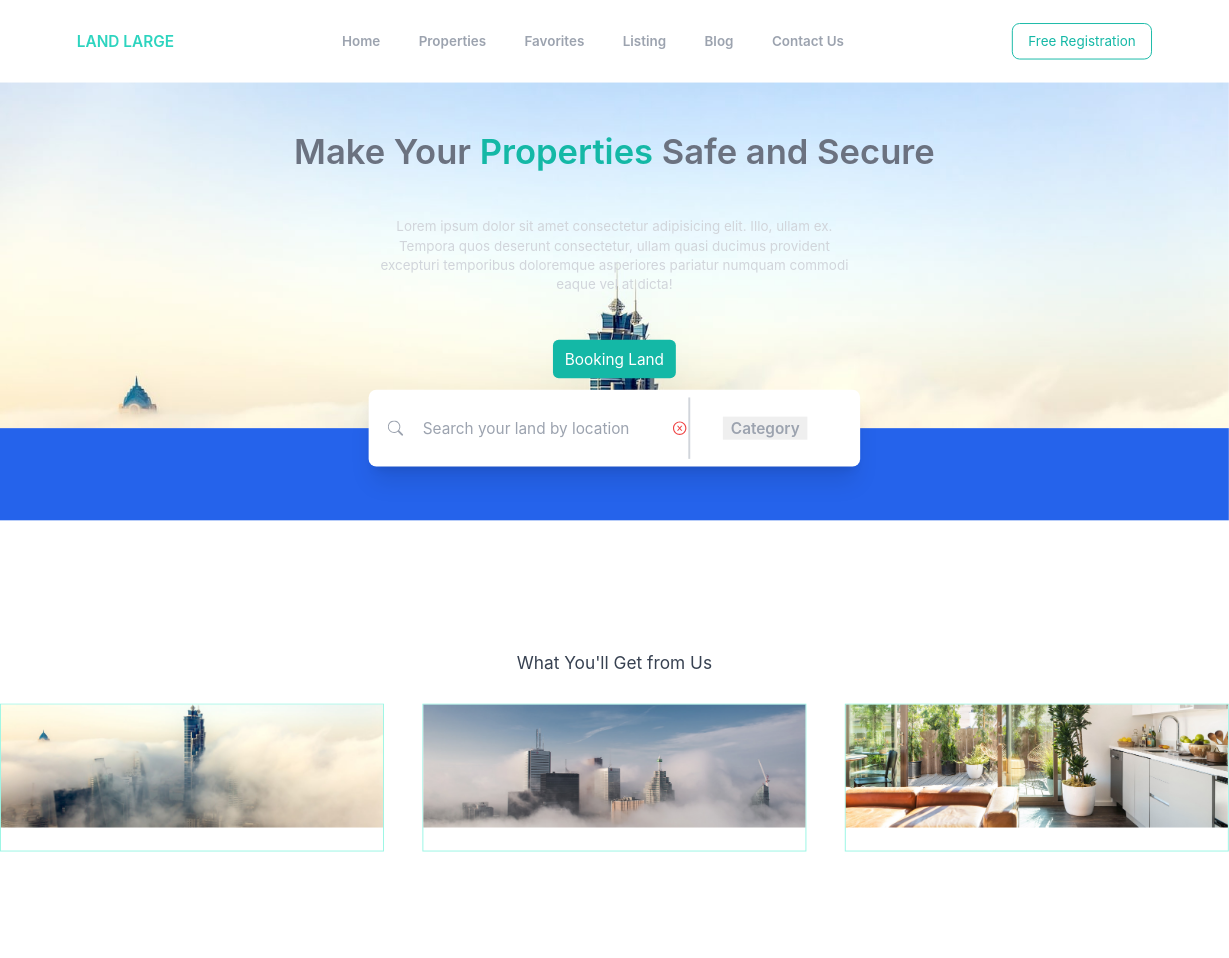
Repository: MuniruIssah/realestate
Page: /
These files come from the project's save history. The page is drawn as it stood at one moment and after the next save; the edit follows.
The browser window is 1280 px wide. The pictures show the whole page, at 96% of full size.
The project was rebuilt for these pictures with package versions that can differ from the ones it lists, and the page was loaded fresh each time. Also part of the build but not shown: src/App.css.

Above is the page before, as saved 2022-02-19 23:18:08.

### src/App.js
import logo from "./logo.svg";
import "./App.css";
import Header from "./components/Header";
import Jumbotron from "./components/Jumbotron";
import Search from "./components/Search";
import Services from "./components/Services";

function App() {
  return (
    <div className="h-screen">
      <Header />
      <Jumbotron />
      <Search />
      <Services />
    </div>
  );
}

export default App;

### src/components/Header.js
import React from "react";
const links = [
  "Home",
  "Properties",
  "Favorites",
  "Listing",
  "Blog",
  "Contact Us",
];
const Header = () => {
  return (
    <div className="flex justify-between items-center px-3 lg:px-20 py-6">
      <span className="uppercase text-teal-400  font-semibold">land large</span>
      <div className="hidden lg:flex space-x-10 items-center">
        {links.map((link, index) => (
          <LinkItem key={index} name={link} />
        ))}
      </div>
      <button className="text-teal-500 border border-teal-500 rounded rounded-lg py-2 px-4 text-sm">
          Free Registration
      </button>
    </div>
  );
};

export default Header;

const LinkItem = ({ name }) => {
  return (
    <a href="#" className="text-gray-400 hover:text-teal-500 font-semibold text-sm">
      {name}
    </a>
  );
};

### src/components/Jumbotron.js
import React from "react";
import building from "../assets/building_cloud.jpg";
const Jumbotron = () => {
  return (
    <div
      style={{ backgroundImage: `url(${building})` }}
      className="h-3/6 flex flex-col justify-center items-center space-y-12 w-full  bg-no-repeat bg-cover"
    >
      <span className="lg:text-4xl text-gray-500 text-center font-semibold">
        Make Your <span className="text-teal-500">Properties</span> Safe and
        Secure
      </span>
      <p className="text-gray-300 text-sm text-center max-w-lg">
        Lorem ipsum dolor sit amet consectetur adipisicing elit. Illo, ullam ex.
        Tempora quos deserunt consectetur, ullam quasi ducimus provident
        excepturi temporibus doloremque asperiores pariatur numquam commodi
        eaque vel at dicta!
      </p>
      <button className="text-white bg-teal-500 py-2 px-3 rounded rounded-md">
          Booking Land
      </button>
    </div>
  );
};

export default Jumbotron;

### src/components/Search.js
import React from "react";
import { BsSearch } from "react-icons/bs";
import { AiOutlineCloseCircle } from "react-icons/ai";
const Search = () => {
  return (
    <div className="hidden lg:block  h-24 relative w-full bg-blue-600 mb-6">
      <div className="absolute h-20 w-full  -top-10">
        <div className="flex shadow shadow-xl h-full w-2/5 rounded rounded-lg bg-white mx-auto px-5 py-2">
          <div className="basis-2/3 flex items-center justify-center border-r-2 border-gray-300 space-x-5 ">
            <BsSearch className="text-gray-400" />
            <input
              type="text"
              className="w-60 outline-none text-gray-400"
              placeholder="Search your land by location"
            />
            <AiOutlineCloseCircle className="text-red-500" />
          </div>
          <div className="flex justify-center items-center basis-1/3">
            <select
              name="category"
              className="text-gray-400 outline-none px-2 font-semibold appearance-none"
              id=""
            >
              <option>Category</option>
            </select>
          </div>
        </div>
      </div>
    </div>
  );
};

export default Search;

### src/components/Services.js
import React from "react";
import interior from "../assets/interior.jpg";
import R from "../assets/R.png";
import building_cloud from "../assets/building_cloud.jpg";

const servicesList = [
  {
    image: building_cloud,
    service: "Beautiful Interiors",
  },
  {
    image: R,
    service: "Huge Parking Lot",
  },
  {
    image: interior,
    service: "Relaxing Places",
  },
];
const Services = () => {
  return (
    <div className="h-3/5 w-full flex flex-col justify-center items-center space-y-7 ">
      <h2 className="text-gray-700 text-lg">What You'll Get from Us</h2>
      <div className="md:flex md:space-x-10 justify-center items-center w-full">
        {servicesList.map((service, index) => (
          <ServicesCard key={index} {...service} />
        ))}
      </div>
    </div>
  );
};

export default Services;

const ServicesCard = ({ image, name }) => {
  return (
    <div className="group flex-1  border border-teal-200 hover:bg-teal-500 hover:ring-teal-500">
      <img src={image} alt="service" className="w-full h-32 object-cover" />
      <span className="my-2 px-2 text-gray-600 group-hover:text-white">
        {name}
      </span>
      <button className="py-2 px-3 bg-white text-teal-500 group-hover:block hidden">
        Know More
      </button>
    </div>
  );
};

Loaded but not shown: public/index.html (common file); src/index.js (common file); src/index.css (common file); src/reportWebVitals.js (common file); tailwind.config.js (common file)

After the next save:
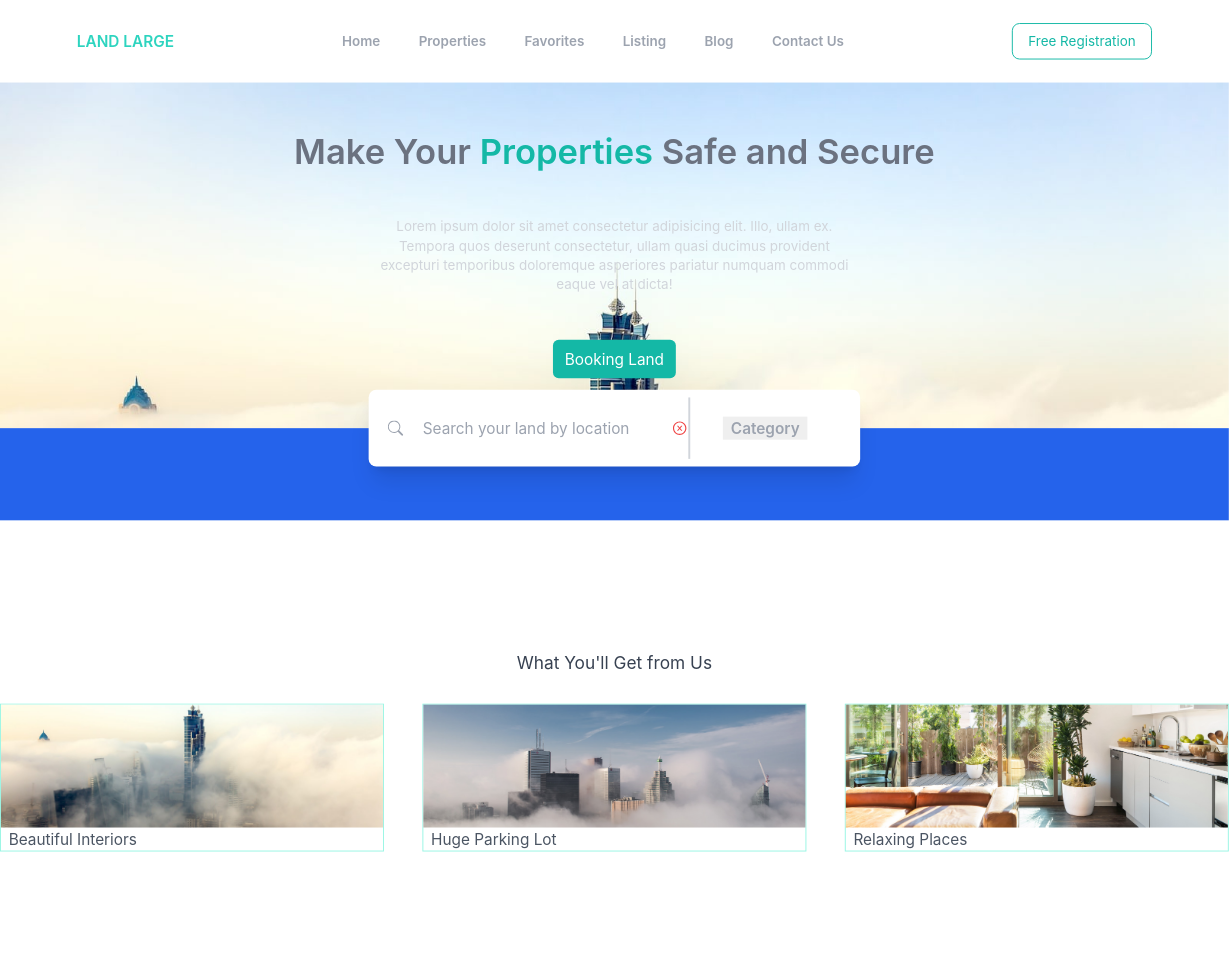
Saved 23 s later.
--- a/src/components/Services.js
+++ b/src/components/Services.js
@@ -32,12 +32,12 @@ const Services = () => {
 
 export default Services;
 
-const ServicesCard = ({ image, name }) => {
+const ServicesCard = ({ image, service }) => {
   return (
     <div className="group flex-1  border border-teal-200 hover:bg-teal-500 hover:ring-teal-500">
       <img src={image} alt="service" className="w-full h-32 object-cover" />
       <span className="my-2 px-2 text-gray-600 group-hover:text-white">
-        {name}
+        {service}
       </span>
       <button className="py-2 px-3 bg-white text-teal-500 group-hover:block hidden">
         Know More
